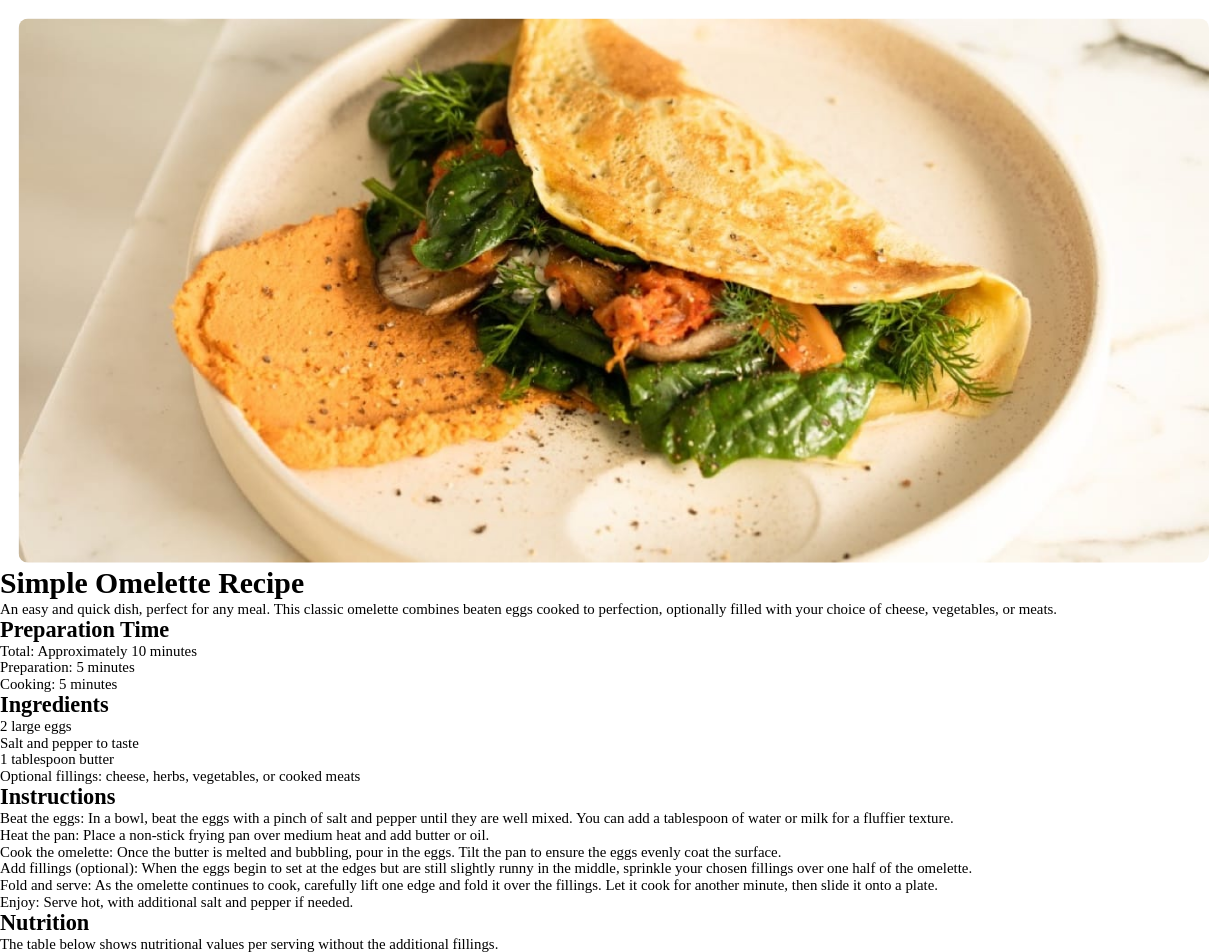
Repository: akbasliogulcan/omletterecipe
Page: index.html
The author's editor kept a copy of each file at every save. The page is drawn from the files as they stood at one save, then again after the next save.
The browser window is 1280 px wide. The page is 1320 px wide, so the pictures cover 1320 px, including what lies to the right of the window. The pictures show the whole page, at 93% of full size.

Above is the page before, as saved 2025-07-20 17:35:29.

### index.html
<!DOCTYPE html>
<html lang="en">

<head>
  <meta charset="UTF-8">
  <meta name="viewport" content="width=device-width, initial-scale=1.0">
  <title>simple omelette recipe</title>
  <link rel="stylesheet" href="style.css">
</head>

<body>

  <div class="simple">
    <div class="add">
      <div class="omelette"> <img src="./assets/images/image-omelette.jpeg" alt="omlette-icon">
        <h1> Simple Omelette Recipe</h1>
        <p>An easy and quick dish, perfect for any meal. This classic omelette combines beaten eggs cooked
          to perfection, optionally filled with your choice of cheese, vegetables, or meats.
        </p>
      </div>

      <div class="preparation">
        <h2>Preparation Time</h2>
        <ul>
          <li> <span>Total: </span>Approximately 10 minutes
          </li>
          <li> <span>Preparation: </span>5 minutes</li>
          <li> <span>Cooking: </span>5 minutes</li>

        </ul>
      </div>

      <div class="ingredients">
        <h2>Ingredients</h2>
        <ul>
          <li>2 large eggs</li>
          <li>Salt and pepper to taste</li>
          <li>1 tablespoon butter</li>
          <li>Optional fillings: cheese, herbs, vegetables, or cooked meats</li>
        </ul>
      </div>
      <div class="seperation"></div>

      <div class="instructions">
        <h2>Instructions</h2>
        <ol>
          <li><span>Beat the eggs: </span>In a bowl, beat the eggs with a pinch of salt and pepper until they are well
            mixed.
            You can add a tablespoon of water or milk for a fluffier texture.</li>
          <li><span>Heat the pan: </span>Place a non-stick frying pan over medium heat and add butter or oil.
          </li>
          <li>
            <span>Cook the omelette: </span>Once the butter is melted and bubbling, pour in the eggs. Tilt the pan to
            ensure
            the eggs evenly coat the surface.
          </li>
          <li>
            <span></span>Add fillings (optional): </span>When the eggs begin to set at the edges but are still slightly
            runny in the
            middle, sprinkle your chosen fillings over one half of the omelette.
          </li>
          <li>
            <span> Fold and serve:</span>
            As the omelette continues to cook, carefully lift one edge and fold it over the
            fillings. Let it cook for another minute, then slide it onto a plate.
          </li>
          <li><span> Enjoy:</span> Serve hot, with additional salt and pepper if needed.
          </li>
        </ol>
      </div>
      <div class="seperation"></div>

      <div class="nutrition">
        <div>
          <h2>Nutrition</h2>
          <p> The table below shows nutritional values per serving without the additional fillings.
          </p>
        </div>
      </div>
    </div>
  </div>



</body>

</html>

### style.css
* {
  margin: 0;
  padding: 0;
  box-sizing: border-box;
}

.omelette img {
  max-width: 100%;
  height: auto;
  border-radius: 10px;
  margin: 20px 20px 0 20px;
}

.simple {
  background-color: hsl(30, 54%, 90%);
}

.add {
  background-color: white;
  display: block;
}

After the next save:
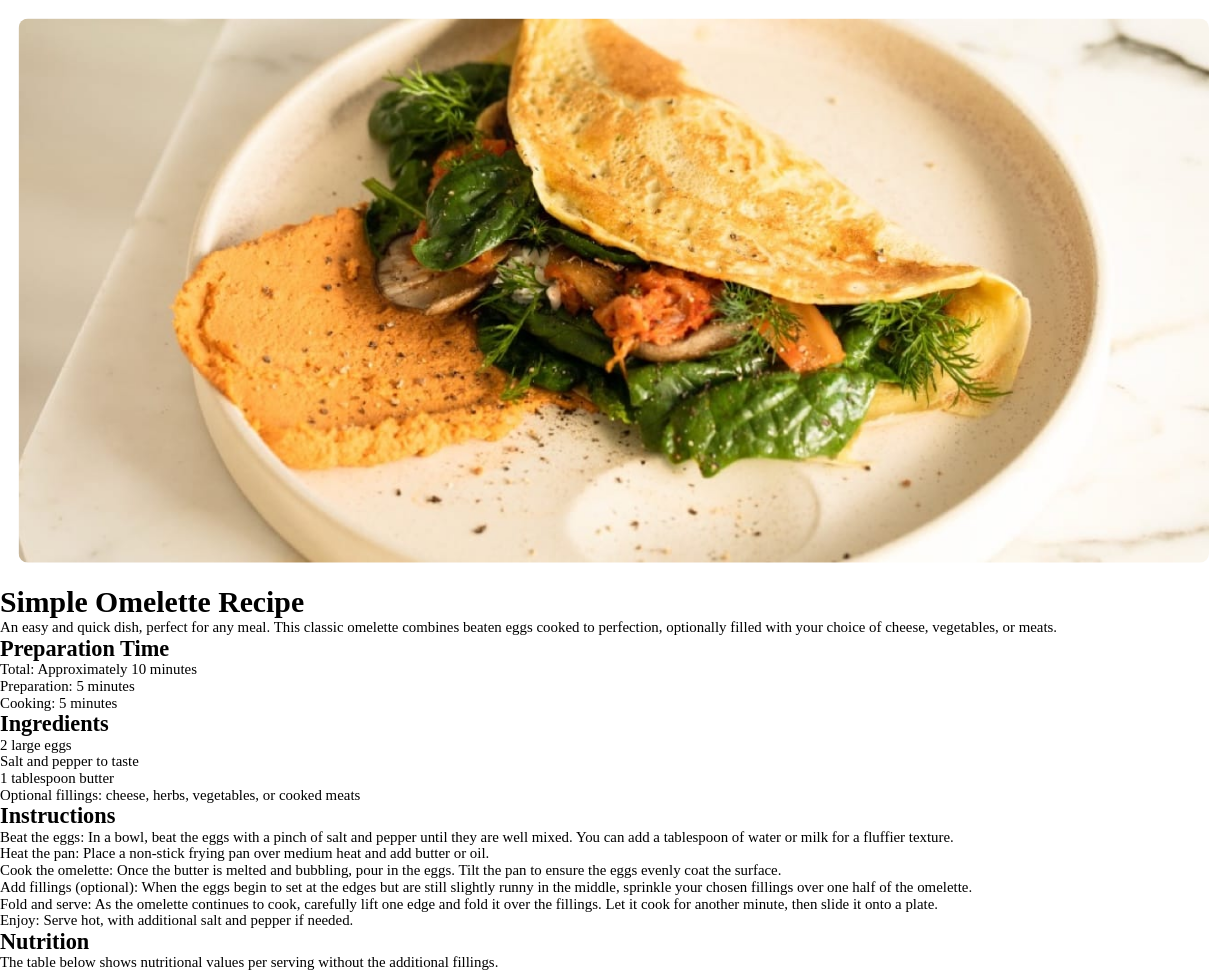
Saved 13 s later.
--- a/style.css
+++ b/style.css
@@ -8,7 +8,7 @@
   max-width: 100%;
   height: auto;
   border-radius: 10px;
-  margin: 20px 20px 0 20px;
+  margin: 20px 20px;
 }
 
 .simple {
